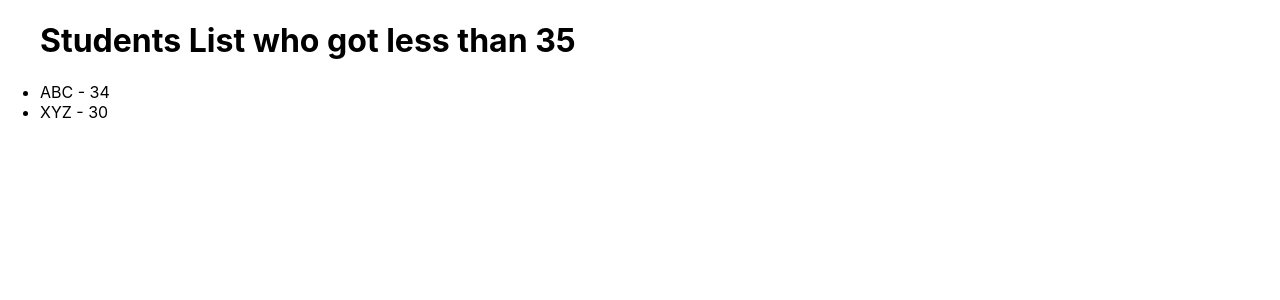
Repository: Jay1161/FSWD
Page: / (app in Week-7/task-1/task1/)
The author's editor kept a copy of each file at every save. The page is drawn from the files as they stood at one save, then again after a run of saves.
The browser window is 1280 px wide. The pictures show the whole page.
The project was rebuilt for these pictures with package versions that can differ from the ones it lists, and the page was loaded fresh each time.

Above is the page before, as saved 2023-08-27 11:52:21.

After the next 9 saves:
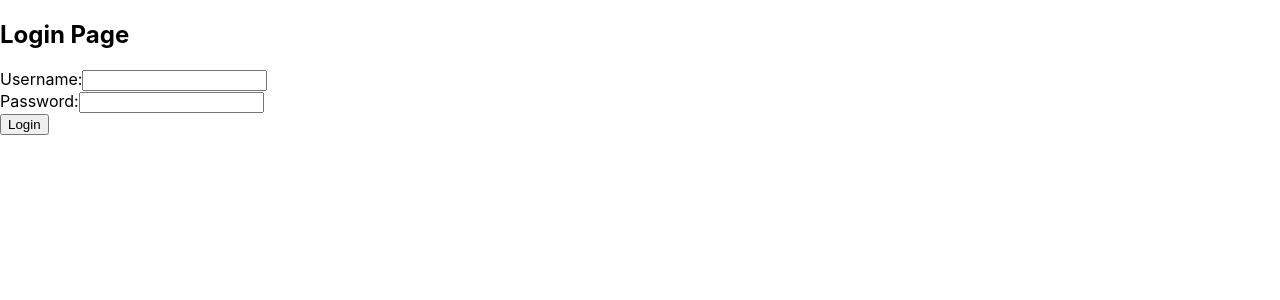
The 9 saves are shown as one change because 2 did not build or start and some came seconds apart.
The last was saved 109 s later.
--- a/Week-7/task-1/task1/src/index.js
+++ b/Week-7/task-1/task1/src/index.js
@@ -7,15 +7,15 @@
 // import ProductList from './Productlist';
 // import Counter from './counter';
 //import TaskList from './tasklist';
-import StudentList from './studentlist';
+//import StudentList from './studentlist';
 //import Sap from './sap';
-
+import Login from './login';
 
 const root = ReactDOM.createRoot(document.getElementById('root'));
 root.render(
   <React.StrictMode>
 
-    <StudentList />
+    <Login />
 
   </React.StrictMode>
 );
--- a/Week-7/task-1/task1/src/login.jsx
+++ b/Week-7/task-1/task1/src/login.jsx
@@ -1,67 +1,58 @@
-import React, { Component } from "react";
-import { Form, Input, Button } from "react-bootstrap";
+import React, { useState } from 'react';
 
-class Login extends Component {
-  state = {
-    username: "",
-    password: "",
-    error: "",
+const LoginPage = () => {
+  const [username, setUsername] = useState('');
+  const [password, setPassword] = useState('');
+  const [error, setError] = useState('');
+
+  const handleUsernameChange = (event) => {
+    setUsername(event.target.value);
   };
 
-  handleChange = (event) => {
-    const { name, value } = event.target;
-    this.setState({
-      [name]: value,
-    });
+  const handlePasswordChange = (event) => {
+    setPassword(event.target.value);
   };
 
-  handleSubmit = (event) => {
+  const handleSubmit = (event) => {
     event.preventDefault();
 
-    const { username, password } = this.state;
-
-    if (username === "" || password === "") {
-      this.setState({
-        error: "Please enter your username and password.",
-      });
-      return;
-    }
-
-    // Do some login logic here, such as making an API call to check the username and password.
-
-    if (this.state.error === "") {
-      this.setState({
-        error: "Login successful!",
-      });
+    if (username === 'your_username' && password === 'your_password') {
+      // Successful login, you can redirect the user to another page here
+      console.log('Login successful');
+    } else {
+      setError('Invalid username or password');
     }
   };
 
-  render() {
-    return (
-      <Form onSubmit={this.handleSubmit}>
-        <Form.Group controlId="username">
-          <Form.Label>Username</Form.Label>
-          <Input
+  return (
+    <div>
+      <h2>Login Page</h2>
+      <form onSubmit={handleSubmit}>
+        <div>
+          <label>Username:</label>
+          <input
             type="text"
-            name="username"
-            value={this.state.username}
-            onChange={this.handleChange}
+            value={username}
+            onChange={handleUsernameChange}
+            required
           />
-        </Form.Group>
-        <Form.Group controlId="password">
-          <Form.Label>Password</Form.Label>
-          <Input
+        </div>
+        <div>
+          <label>Password:</label>
+          <input
             type="password"
-            name="password"
-            value={this.state.password}
-            onChange={this.handleChange}
+            value={password}
+            onChange={handlePasswordChange}
+            required
           />
-        </Form.Group>
-        <Button type="submit">Login</Button>
-        {this.state.error && <p>{this.state.error}</p>}
-      </Form>
-    );
-  }
-}
+        </div>
+        <div>
+          <button type="submit">Login</button>
+        </div>
+        {error && <p style={{ color: 'red' }}>{error}</p>}
+      </form>
+    </div>
+  );
+};
 
-export default Login;
+export default LoginPage;
